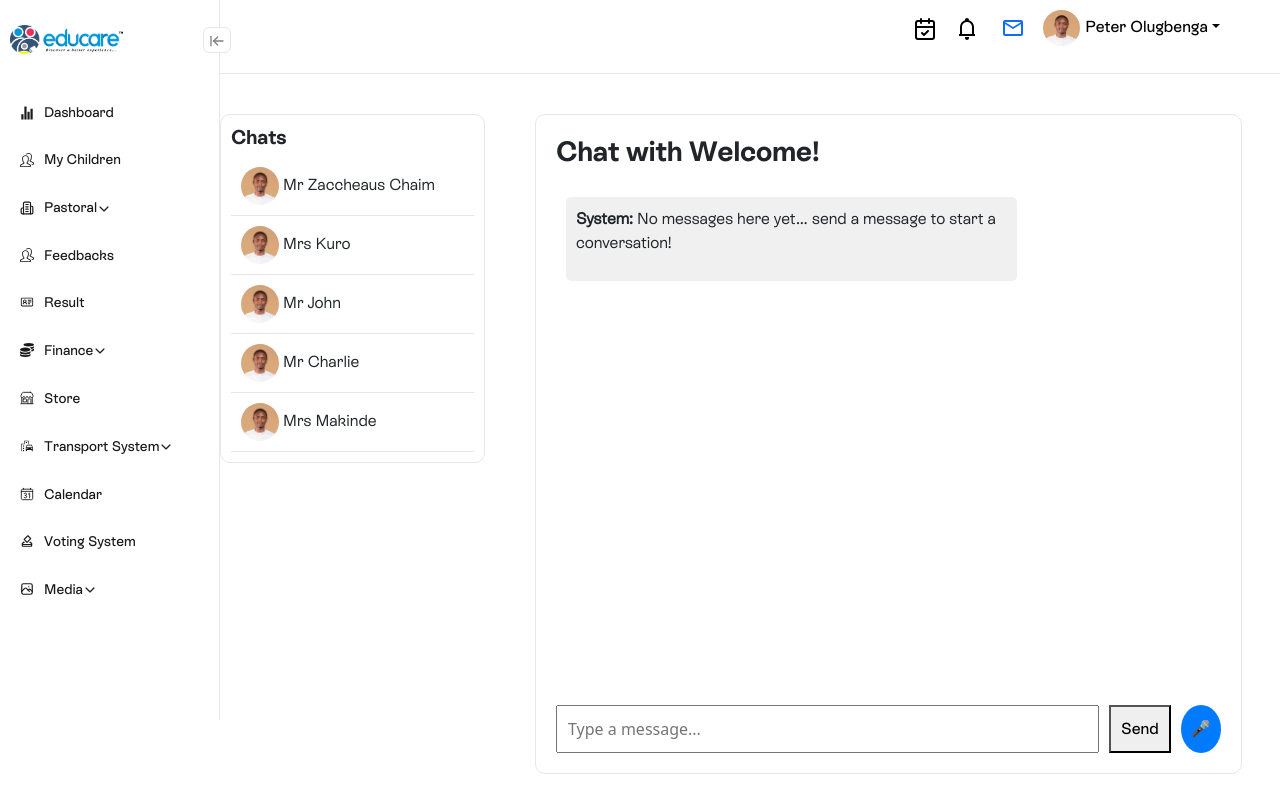
Repository: sarahnnanyelugo/educare-dashboards
Page: /chat-interface
The author's editor kept a copy of each file at every save. The page is drawn from the files as they stood at one save, then again after the next save.
The browser window is 1280 px wide. The pictures show the whole page.
The project was rebuilt for these pictures with package versions that can differ from the ones it lists, and the page was loaded fresh each time. Also part of the build but not shown: src/Dashboards/Parents/Feedbacks/feedbacks.scss, src/components/AppTable/table.scss, src/components/AppTable/AppTable.js, src/Utils/DataUtils.js, src/components/Select/select.scss, src/components/Select/Select.js, src/components/Search/search.scss, src/components/Search/Search.js and 50 more.

Above is the page before, as saved 2024-11-27 12:53:10.

After the next save:
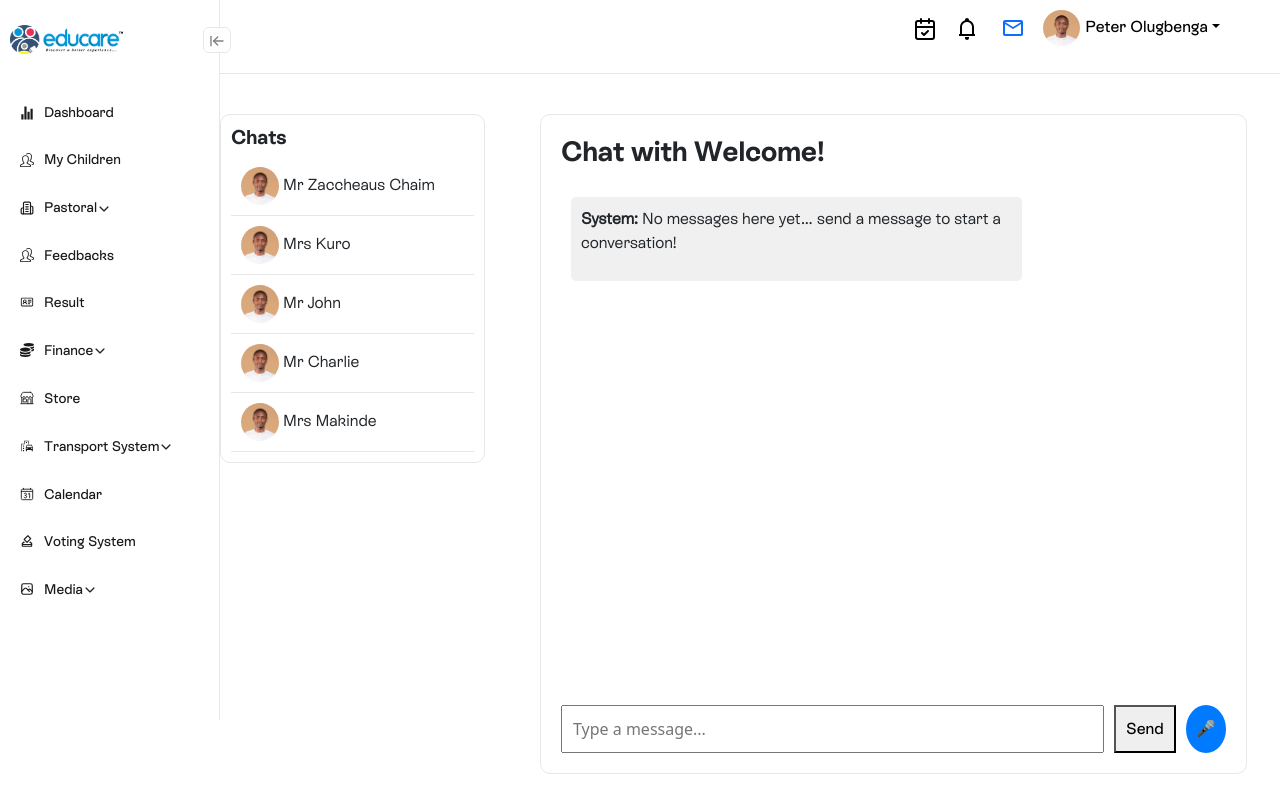
Saved 8 s later.
--- a/src/components/TopNav/ChatInterface/chat.scss
+++ b/src/components/TopNav/ChatInterface/chat.scss
@@ -40,7 +40,7 @@
   display: flex;
   flex-direction: column;
   margin-top: 40px;
-  margin: 40px 20px 20px 50px;
+  margin: 40px 20px 20px 55px;
 }
 
 .message-list {
